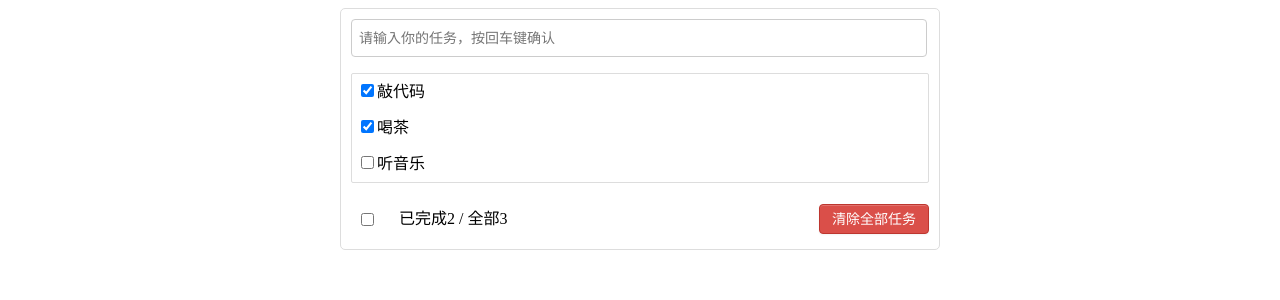
Repository: Lixianlai-2/The-journey-of-learning-Vue
Page: / (app in afterVueCli/Vue_Test/)
These files come from the project's save history. The page is drawn as it stood at one moment and after the next save; the edit follows.
The browser window is 1280 px wide. The pictures show the whole page.
The project was rebuilt for these pictures with package versions that can differ from the ones it lists, and the page was loaded fresh each time.

Above is the page before, as saved 2022-04-22 07:54:14.

### afterVueCli/Vue_Test/src/main.js
import Vue from "vue";
import App from "./App.vue";

// 关闭生产模式提醒
Vue.config.productionTip = false;

new Vue({
  render: (h) => h(App),
}).$mount("#app");

### afterVueCli/Vue_Test/src/App.vue
<template>
  <div id="root">
    <div class="root">
      <div class="todo-container">
        <div class="todo-wrap">
          <myHeader :receiveInputObj="receiveFn" />
          <!-- 引入data中的数据 -->
          <myList
            :toDos="toDos"
            :checkTodo="checkTodo"
            :deleteTodo="deleteTodo"
          />
          <myFooter :toDos="toDos" :changeTodoDone="changeTodoDone" />
        </div>
      </div>
    </div>
  </div>
</template>

<script>
import myHeader from "./components/myHeader.vue";
import myFooter from "./components/myFooter.vue";
import myList from "./components/myList.vue";

export default {
  name: "Root",
  components: {
    myHeader,
    myFooter,
    myList,
  },
  data() {
    return {
      // 这是要被list.vue得到并进行渲染的数据
      toDos: [
        { id: "001", eventName: "敲代码", done: true },
        { id: "002", eventName: "喝茶", done: true },
        { id: "003", eventName: "听音乐", done: false },
      ],
    };
  },
  methods: {
    //添加一个todo
    //接受一个todo对象，并添加到原有数据中
    receiveFn(inputTodoObj) {
      // 这个对象是由Header中提供的，因为是在header中调用的这个函数
      this.toDos.unshift(inputTodoObj);
    },

    // 勾选一个todo
    // 将用户点击的input的done值取反
    checkTodo(clickId) {
      this.toDos.forEach((todo) => {
        // 当遍历的id等于用户点击的那个id，就给对应todo的done值取反
        if (todo.id === clickId) todo.done = !todo.done;
      });
      console.log(this.toDos);
    },

    // 删除一个todo
    deleteTodo(btnId) {
      // 注意使用的是filter，返回一个数组，不改变原数组，所以要将其结果重新赋值给this.toDos
      this.toDos = this.toDos.filter((todo) => todo.id !== btnId);
    },

    // 让任务全部完成，或者让任务全部取消
    // 让所有的todo的done值都改变为true
    changeTodoDone(doneStatus) {
      this.toDos.forEach((todo) => {
        todo.done = doneStatus;
        // todo.done === doneStatus;
      });
    },
  },
};
</script>

<style lang="less">
/* 注意在App.vue里面，不用加scoped，因为这些样式要全局应用 */
/*base*/
body {
  background: #fff;
}
.btn {
  display: inline-block;
  padding: 4px 12px;
  margin-bottom: 0;
  font-size: 14px;
  line-height: 20px;
  text-align: center;
  vertical-align: middle;
  cursor: pointer;
  box-shadow: inset 0 1px 0 rgba(255, 255, 255, 0.2),
    0 1px 2px rgba(0, 0, 0, 0.05);
  border-radius: 4px;
}
.btn-danger {
  color: #fff;
  background-color: #da4f49;
  border: 1px solid #bd362f;
}
.btn-danger:hover {
  color: #fff;
  background-color: #bd362f;
}
.btn:focus {
  outline: none;
}
.todo-container {
  width: 600px;
  margin: 0 auto;
}
.todo-container .todo-wrap {
  padding: 10px;
  border: 1px solid #ddd;
  border-radius: 5px;
}
</style>

### afterVueCli/Vue_Test/src/components/myHeader.vue
<template>
  <div>
    <div class="todo-header">
      <!-- 增加键盘事件，对input的内容按下enter后 -->
      <input
        type="text"
        placeholder="请输入你的任务，按回车键确认"
        @keyup.enter="add"
        v-model="eventName"
      />
    </div>
  </div>
</template>

<script>
import { nanoid } from "nanoid";

export default {
  name: "Header",
  data() {
    return {
      // 跟v-model对应的数据
      eventName: "",
    };
  },
  methods: {
    add() {
      console.log(this);
      // 得到用户输入的字符串，然后用trim()将这个字符串周围的空格都删除
      // 再判断input中输入的布尔值是否为false，如果是，就return
      if (!this.eventName.trim()) {
        // if (!event.target.value.trim()) {
        alert("请输入具体任务");
        return;
      }
      // 得到用户输入所形成的数据对象，其中的done是代表这件事是否完成
      const todoObj = {
        id: nanoid(),
        eventName: this.eventName,
        // eventName: event.target.value,
        done: false,
      };
      console.log("header中的this:", this);
      // 在这里调用receive函数的作用，就是获得header中的todoObj对象，也就是用户刚刚传入的对象。这header中的数据对象被传入到receive函数中，而这个函数的作用，是往app.vue中的toDos数据对象中添加内容
      this.receiveInputObj(todoObj);
      // 输入完之后，输入框重新变成空
      this.eventName = "";
    },
  },
  // 引入的父级函数
  props: ["receiveInputObj"],
};
</script>

<style scoped>
/*header*/
.todo-header input {
  width: 560px;
  height: 28px;
  font-size: 14px;
  border: 1px solid #ccc;
  border-radius: 4px;
  padding: 4px 7px;
}

.todo-header input:focus {
  outline: none;
  border-color: rgba(82, 168, 236, 0.8);
  box-shadow: inset 0 1px 1px rgba(0, 0, 0, 0.075),
    0 0 8px rgba(82, 168, 236, 0.6);
}
</style>

### afterVueCli/Vue_Test/src/components/myFooter.vue
<template>
  <div class="todo-footer" v-show="allQuestNum">
    <label>
      <!-- <input type="checkbox" :checked="equalOrNot" @change="checkQuest" /> -->

      <!-- v-model是双向数据绑定 -->
      <input type="checkbox" v-model="equalOrNot" />
    </label>
    <span>
      <span>已完成{{ alreadyDone }}</span> / 全部{{ allQuestNum }}</span
    >
    <button class="btn btn-danger" @change="">清除全部任务</button>
  </div>
</template>

<script>
export default {
  name: "Footer",
  // 引入app.vue中的数据
  props: ["toDos", "changeTodoDone"],
  // 这里面的函数会自动执行
  computed: {
    // 计算已完成任务的数量
    alreadyDone() {
      // 一、普通的方法
      // let i = 0;
      // this.toDos.forEach((todo) => {
      //   // 如果todo.done为true
      //   if (todo.done) {
      //     i++;
      //   }
      // });
      // return i;

      // 二、用reduce
      return this.toDos.reduce(
        // pre是reduce里面的callback函数的返回值（第一个为设定的初始值或array[0]
        (pre, currentEl) => pre + (currentEl.done ? 1 : 0),
        0
      );
    },
    // 当前所有的任务数量
    allQuestNum() {
      return this.toDos.length;
    },
    // equalOrNot() {
    //   return this.alreadyDone === this.allQuestNum && this.allQuestNum > 0;
    // },
    equalOrNot: {
      get() {
        return this.alreadyDone === this.allQuestNum && this.allQuestNum > 0;
      },
      // set的参数只会是布尔值
      set(value) {
        this.changeTodoDone(value);
      },
    },
  },
  methods: {
    checkQuest(e) {
      // event事件
      // console.log(e);

      // 查看这个input是否checked
      // console.log(e.target.checked);

      this.changeTodoDone(e.target.checked);
    },
  },
};
</script>

<style scoped>
/*footer*/
.todo-footer {
  height: 40px;
  line-height: 40px;
  padding-left: 6px;
  margin-top: 5px;
}

.todo-footer label {
  display: inline-block;
  margin-right: 20px;
  cursor: pointer;
}

.todo-footer label input {
  position: relative;
  top: -1px;
  vertical-align: middle;
  margin-right: 5px;
}

.todo-footer button {
  float: right;
  margin-top: 5px;
}
</style>

### afterVueCli/Vue_Test/src/components/myList.vue
<template>
  <ul class="todo-main">
    <myItem
      v-for="todo in toDos"
      :key="todo.id"
      :eventName="todo.eventName"
      :checked="todo.done"
      :todoId="todo.id"
      :checkTodo="checkTodo"
      :todo="todo"
      :deleteTodo="deleteTodo"
      :changeTodoDone="changeTodoDone"
    />
  </ul>
</template>

<script>
import myItem from "./myItem.vue";

export default {
  name: "List",
  components: {
    myItem,
  },
  props: ["toDos", "checkTodo", "deleteTodo", "changeTodoDone"],
};
</script>

<style scoped>
/*main*/
.todo-main {
  margin-left: 0px;
  border: 1px solid #ddd;
  border-radius: 2px;
  padding: 0px;
}

.todo-empty {
  height: 40px;
  line-height: 40px;
  border: 1px solid #ddd;
  border-radius: 2px;
  padding-left: 5px;
  margin-top: 10px;
}
</style>

### afterVueCli/Vue_Test/src/components/myItem.vue
<template>
  <div>
    <li>
      <label>
        <!-- 获取到点击的那个input的id -->
        <input
          type="checkbox"
          :checked="checked"
          @click="checkHandle(todoId)"
        />
        <!--下面这种也能用，但不推荐，因为修改了原本只读的props，因为隐藏在对象中，所以才能够使用  -->
        <!-- <input type="checkbox" :checked="checked" v-model="todo.done" /> -->
        <span>{{ eventName }}</span>
      </label>
      <!-- 隐藏删除按钮 -->
      <button class="btn btn-danger" @click="deleteHandler(todo.id)">
        删除
      </button>
    </li>
  </div>
</template>

<script>
export default {
  name: "Item",
  props: ["eventName", "checked", "todoId", "checkTodo", "todo", "deleteTodo"],
  methods: {
    add() {},
    checkHandle(clickId) {
      console.log(this);
      console.log("checkHandle的参数 " + clickId);
      //
      this.checkTodo(clickId);
    },
    deleteHandler(btnId) {
      console.log(btnId);
      if (confirm("确定删除吗？")) {
        this.deleteTodo(btnId);
      }
    },
  },
};
</script>

<style scoped>
/*item*/
li {
  list-style: none;
  height: 36px;
  line-height: 36px;
  padding: 0 5px;
  border-bottom: 1px solid #ddd;
}

li label {
  float: left;
  cursor: pointer;
}

li label li input {
  vertical-align: middle;
  margin-right: 6px;
  position: relative;
  top: -1px;
}

li button {
  float: right;
  display: none;
  margin-top: 3px;
}

li:before {
  content: initial;
}

li:last-child {
  border-bottom: none;
}

li:hover {
  background-color: #ddd;
}

li:hover button {
  display: block;
}
</style>

Loaded but not shown: afterVueCli/Vue_Test/public/index.html (common file)

After the next save:
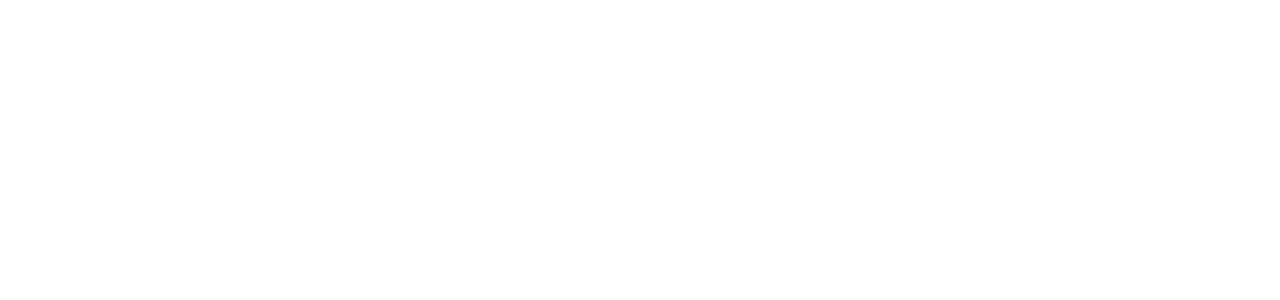
Console error: ReferenceError: clearAlready is not defined
Saved 85 s later.
--- a/afterVueCli/Vue_Test/src/App.vue
+++ b/afterVueCli/Vue_Test/src/App.vue
@@ -71,6 +71,9 @@
         // todo.done === doneStatus;
       });
     },
+
+    // 清除已完成的任务
+    clearAlready,
   },
 };
 </script>
--- a/afterVueCli/Vue_Test/src/components/myFooter.vue
+++ b/afterVueCli/Vue_Test/src/components/myFooter.vue
@@ -9,7 +9,7 @@
     <span>
       <span>已完成{{ alreadyDone }}</span> / 全部{{ allQuestNum }}</span
     >
-    <button class="btn btn-danger" @change="">清除全部任务</button>
+    <button class="btn btn-danger" @change="clearQuest">清除全部任务</button>
   </div>
 </template>
 
@@ -66,6 +66,7 @@
 
       this.changeTodoDone(e.target.checked);
     },
+    clearQuest() {},
   },
 };
 </script>

After the save that followed:
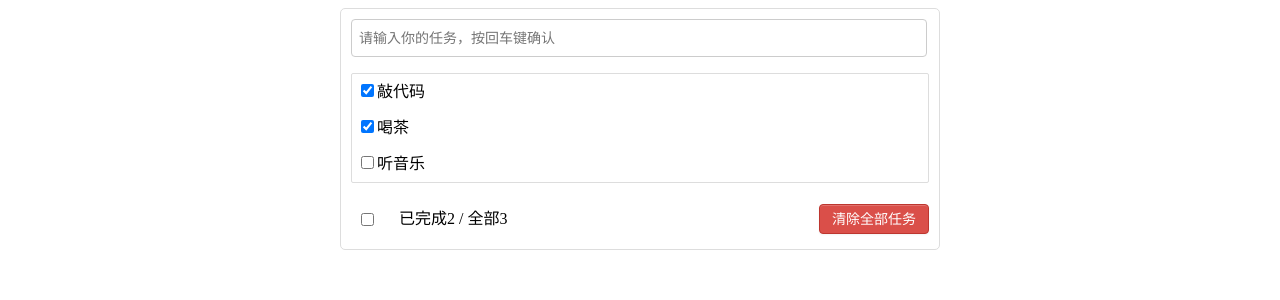
The error is gone.
Saved 9 min 42 s later.
--- a/afterVueCli/Vue_Test/src/App.vue
+++ b/afterVueCli/Vue_Test/src/App.vue
@@ -73,7 +73,11 @@
     },
 
     // 清除已完成的任务
-    clearAlready,
+    clearAlreadyDone() {
+      this.toDos = this.toDos.filter((todo) => {
+        return todo.done !== true;
+      });
+    },
   },
 };
 </script>
